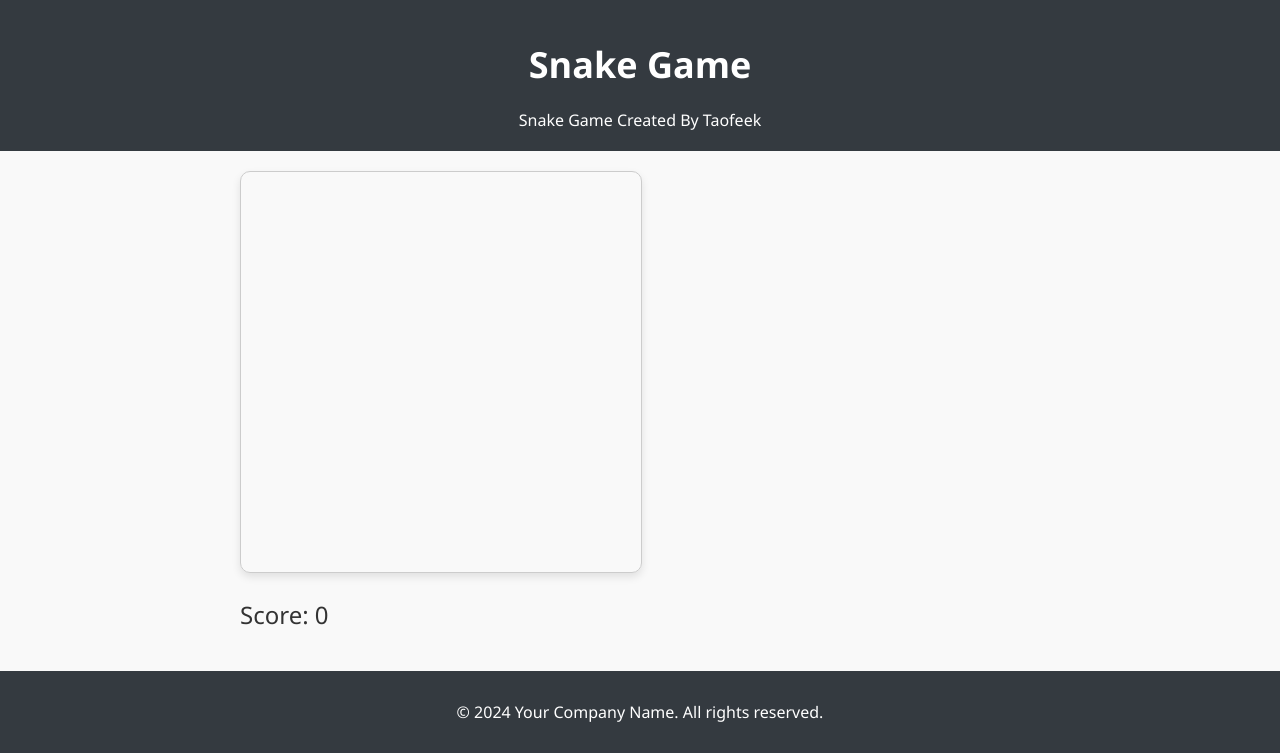
Repository: Taofeekolusola/Landing-page
Page: index.html
The author's editor kept a copy of each file at every save. The page is drawn from the files as they stood at one save, then again after the next save.
The browser window is 1280 px wide. The pictures show the whole page.

Above is the page before, as saved 2024-05-06 18:04:33.
Not found: script.js

### index.html
<!DOCTYPE html>
<html lang="en">
<head>
    <meta charset="UTF-8">
    <meta name="viewport" content="width=device-width, initial-scale=1.0">
    <title>Snake Game</title>
    <link rel="stylesheet" href="styles.css">
</head>
<body>
    <header>
        <div class="container">
            <h1>Snake Game</h1>
        </div>
        <div class="name">Snake Game Created By Taofeek</div>
    </header>
    <main>
        <div class="container">
            <canvas id="gameCanvas" width="400" height="400"></canvas>
            <div id="score">Score: 0</div>
        </div>
    </main>
    <footer>
        <div class="container">
            <p>&copy; 2024 Your Company Name. All rights reserved.</p>
        </div>
    </footer>
    <script src="script.js"></script>
</body>
</html>

### styles.css
body {
    font-family: 'Segoe UI', Tahoma, Geneva, Verdana, sans-serif;
    margin: 0;
    padding: 0;
    display: flex;
    flex-direction: column;
    min-height: 100vh;
    background-color: #f9f9f9;
}

.container {
    width: 80%;
    max-width: 800px;
    margin: 0 auto;
    padding: 20px;
}

header {
    background-color: #343a40;
    color: #fff;
    text-align: center;
    padding: 20px 0;
}

header h1 {
    font-size: 36px;
    margin: 0;
}

main {
    flex-grow: 1;
    display: flex;
    justify-content: center;
    align-items: center;
}

canvas {
    border: 1px solid #ccc;
    border-radius: 10px;
    box-shadow: 0 4px 8px rgba(0, 0, 0, 0.1);
}

#score {
    margin-top: 20px;
    font-size: 24px;
    color: #333;
}

footer {
    background-color: #343a40;
    color: #fff;
    text-align: center;
    padding: 10px 0;
    margin-top: 20px;
}

footer p {
    margin: 0;
}

After the next save:
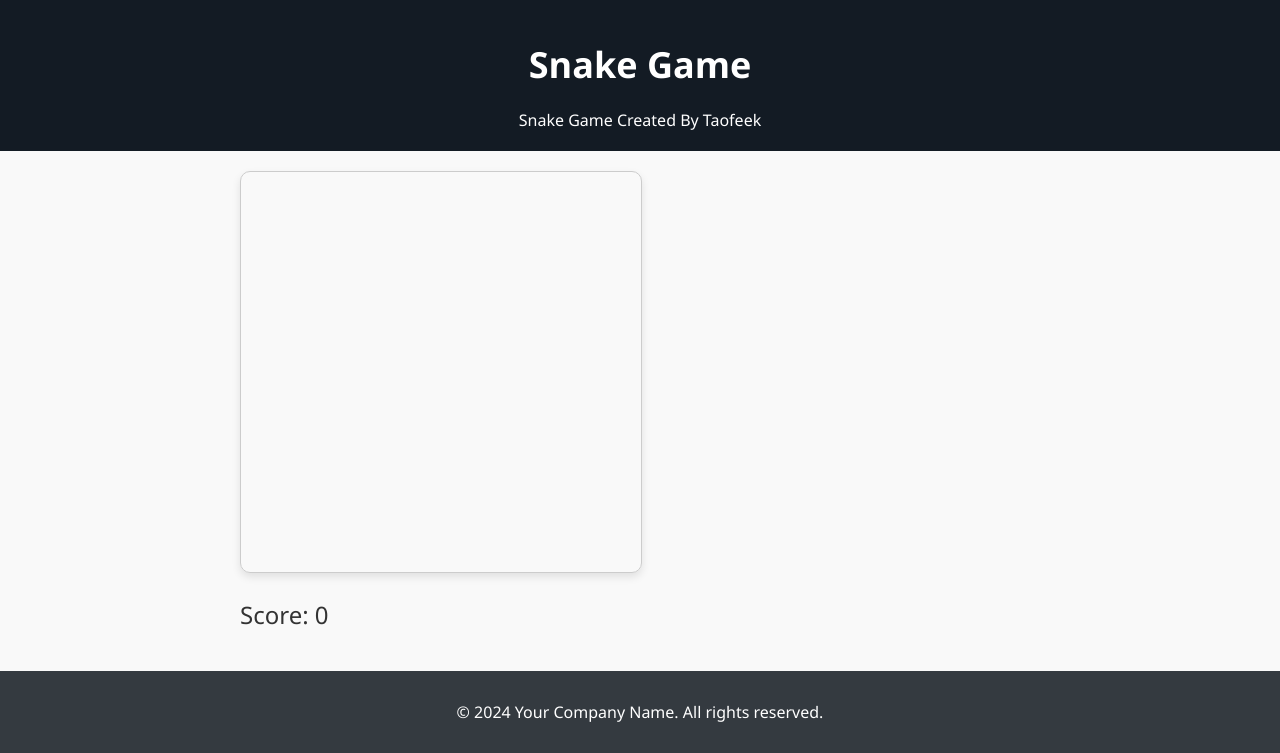
Saved 74 s later.
--- a/styles.css
+++ b/styles.css
@@ -16,7 +16,7 @@ body {
 }
 
 header {
-    background-color: #343a40;
+    background-color: #131b24;
     color: #fff;
     text-align: center;
     padding: 20px 0;
